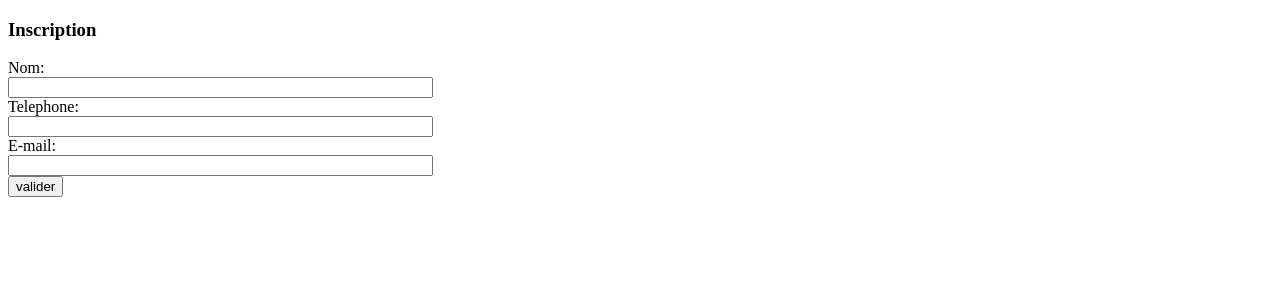
Repository: SenhajiMahmoud/testContact-Appartoo
Page: carnetAdresse/addContact.html
An editor plug-in stored every save of this project. The page is shown before and after the next save, followed by the edit.
The browser window is 1280 px wide. The pictures show the whole page.

Above is the page before, as saved 2016-05-16 14:29:27.

### carnetAdresse/addContact.html
<!DOCTYPE html>
<html>
<head>



<title>Inscription</title>

</head>
<body>

<section id="content">
  <div ></div>
  <div >

    <h3>Inscription</h3>

    <form id="Inscr-form" action="InscReussi.php" method="post">
        <div>


         <div class="coll-1">
            <div class="form-txt">Nom:</div>
	            <div class="padEsp">
		            <label class="name" >
		              <input id="name" class="input1" type="text" name="nom" size="50">
		            </label>
	            </div>
            <div class="clear"></div>
          </div>


          <div>
            <div class="form-txt">Telephone:</div>
             <div class="padEsp">
	            <label class="phone">
	              <input id="tel" class="input1" type="tel" name="tel" size="50">
	              <span class="error"></span>
	              <span class="empty"></span>


	             </label>
             </div>
            <div class="clear"></div>
          </div>



          <div>
            <div class="form-txt">E-mail:</div>
             <div class="padEsp">
            <label class="email">
              <input id="email" class="input1" type="email" name="email" size="50">
              <span class="error"></span>
              <span class="empty"></span>
            </label>
            </div>
            <div class="clear"></div>
          </div>
        </div>


        <div>
        	<input value="valider" type="submit" id="envoyer">
        </div>

    </form>
  </div>

</section>

</body>
</html>

After the next save:
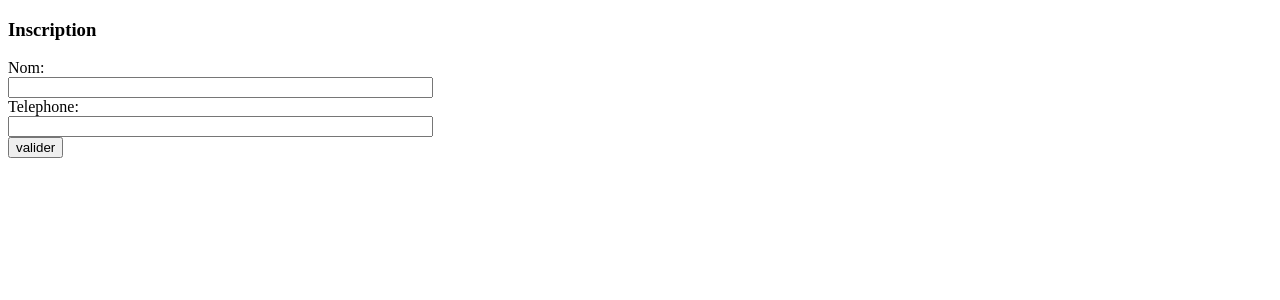
Saved 26 s later.
--- a/carnetAdresse/addContact.html
+++ b/carnetAdresse/addContact.html
@@ -1,15 +1,8 @@
 <!DOCTYPE html>
 <html>
-<head>
-
-
-
-<title>Inscription</title>
-
-</head>
 <body>
 
-<section id="content">
+<section>
   <div ></div>
   <div >
 
@@ -35,30 +28,11 @@
              <div class="padEsp">
 	            <label class="phone">
 	              <input id="tel" class="input1" type="tel" name="tel" size="50">
-	              <span class="error"></span>
-	              <span class="empty"></span>
 
 
 	             </label>
              </div>
-            <div class="clear"></div>
           </div>
-
-
-
-          <div>
-            <div class="form-txt">E-mail:</div>
-             <div class="padEsp">
-            <label class="email">
-              <input id="email" class="input1" type="email" name="email" size="50">
-              <span class="error"></span>
-              <span class="empty"></span>
-            </label>
-            </div>
-            <div class="clear"></div>
-          </div>
-        </div>
-
 
         <div>
         	<input value="valider" type="submit" id="envoyer">
